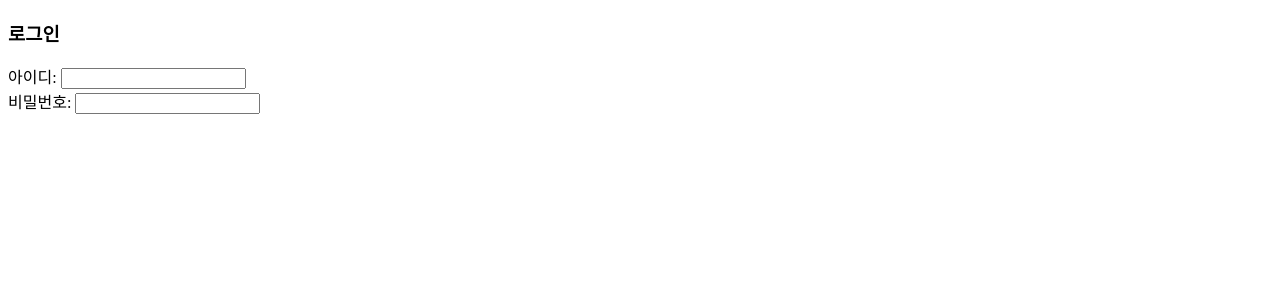
Repository: linklifejo/study_spring
Page: http://localhost/web/login
These files come from the project's save history. The page is drawn as it stood at one moment and after the next save; the edit follows.
The browser window is 1280 px wide. The pictures show the whole page.
The page is served by Tomcat 9.

Above is the page before, as saved 2023-02-14 02:27:07.

After the next save:
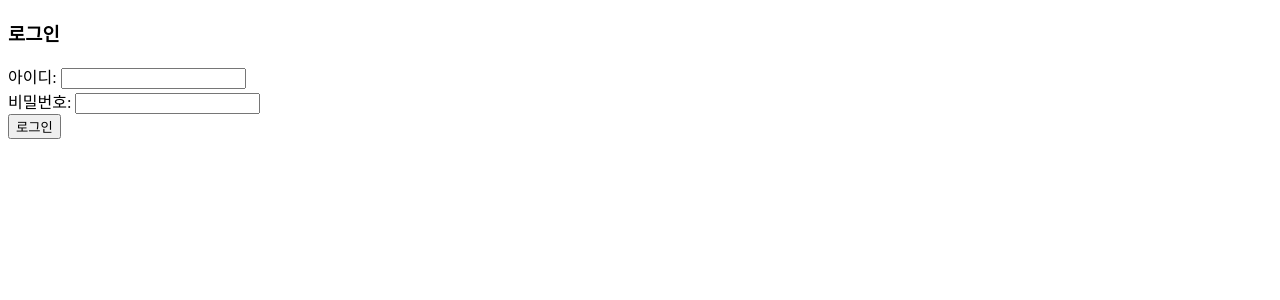
Saved 48 s later.
--- a/web/src/main/webapp/WEB-INF/views/member/login.jsp
+++ b/web/src/main/webapp/WEB-INF/views/member/login.jsp
@@ -8,7 +8,11 @@
 </head>
 <body>
 <h3>로그인</h3>
+<form method="post" action='login_result'>
 <div>아이디: <input type='text' name='id'> </div>
 <div>비밀번호: <input type='password' name='pw'> </div>
+<input type='submit' value='로그인'>
+</form>
+
 </body>
 </html>
